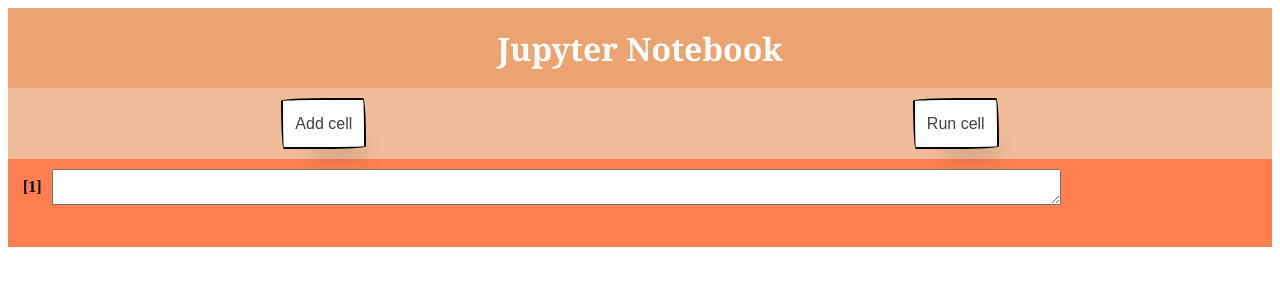
Repository: lingzi-liu/jupyter_notebook_prototype
Page: http://localhost/
An editor plug-in stored every save of this project. The page is shown before and after the next save, followed by the edit.
The browser window is 1280 px wide. The pictures show the whole page.
The page is served by the project's application, run on Flask 3 (app.py).

Above is the page before, as saved 2022-11-13 03:30:06.

After the next save:
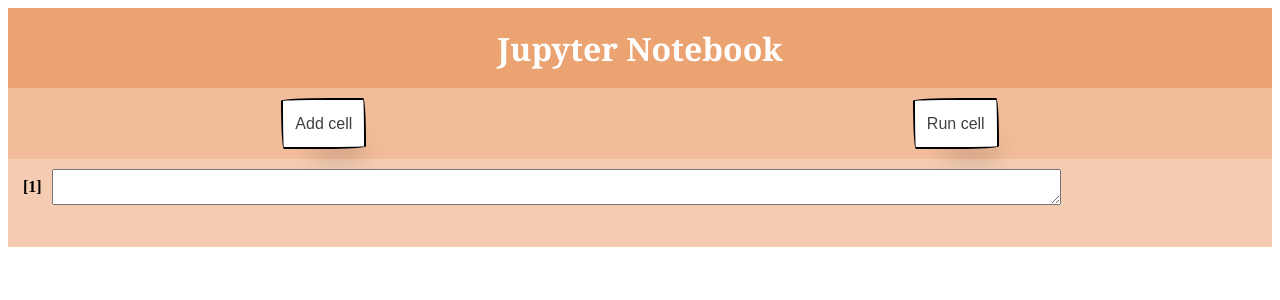
Saved 10 s later.
--- a/static/scripts/script.js
+++ b/static/scripts/script.js
@@ -19,10 +19,10 @@
 
 function selecteCell(cell) {
     if (selectedCellNumber) {
-        document.getElementById(selectedCellNumber).style.backgroundColor = "rgba(228, 126, 58, 0.393)";
+        document.getElementById(selectedCellNumber).style.backgroundColor = "white";
     }
     selectedCellNumber = cell.id;
-    document.getElementById(selectedCellNumber).style.backgroundColor = "coral";
+    document.getElementById(selectedCellNumber).style.backgroundColor = "rgba(228, 126, 58, 0.393)";
     console.log('cell selected: ', selectedCellNumber)
 }
 
